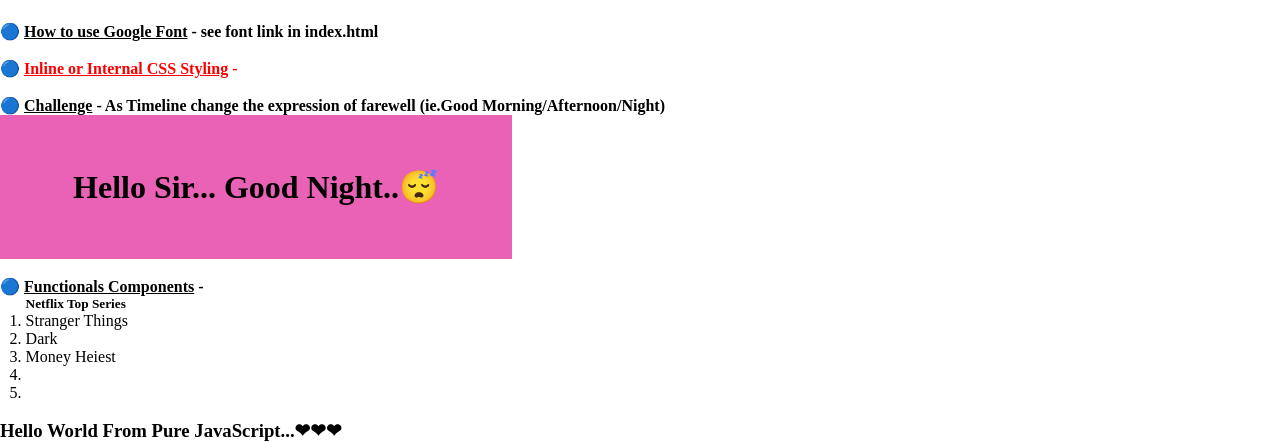
Repository: AalokJadhav/Being_ReactJS
Page: /
An editor plug-in stored every save of this project. The page is shown before and after the next save, followed by the edit.
The browser window is 1280 px wide. The pictures show the part of the page from y = 620 to 1080 px (the page is 1062 px tall before and 1080 px after).
The project was rebuilt for these pictures with package versions that can differ from the ones it lists, and the page was loaded fresh each time.

Above is the page before, as saved 2021-10-15 06:24:36.

After the next save:
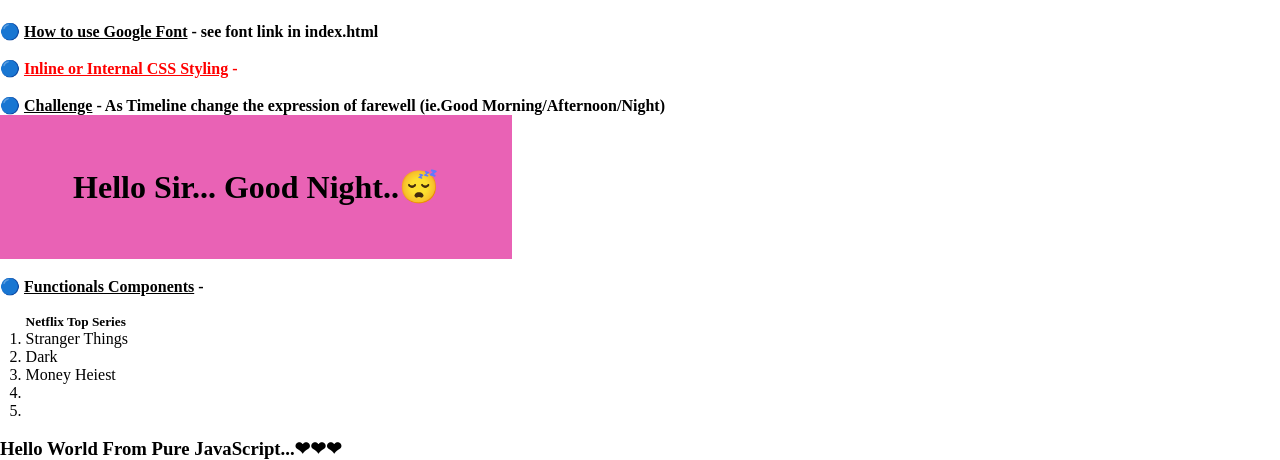
Saved 20 s later.
--- a/src/index.js
+++ b/src/index.js
@@ -68,7 +68,7 @@ ReactDom.render(
     </div>
     <br />
 
-    <h4>🔵 <u>Functionals Components</u> - </h4>
+    <h4>🔵 <u>Functionals Components</u> - </h4><br />
     <div className="content">
       <h5 style={{fontFamily: 'bold'}}>Netflix Top Series</h5>
       <ol>
